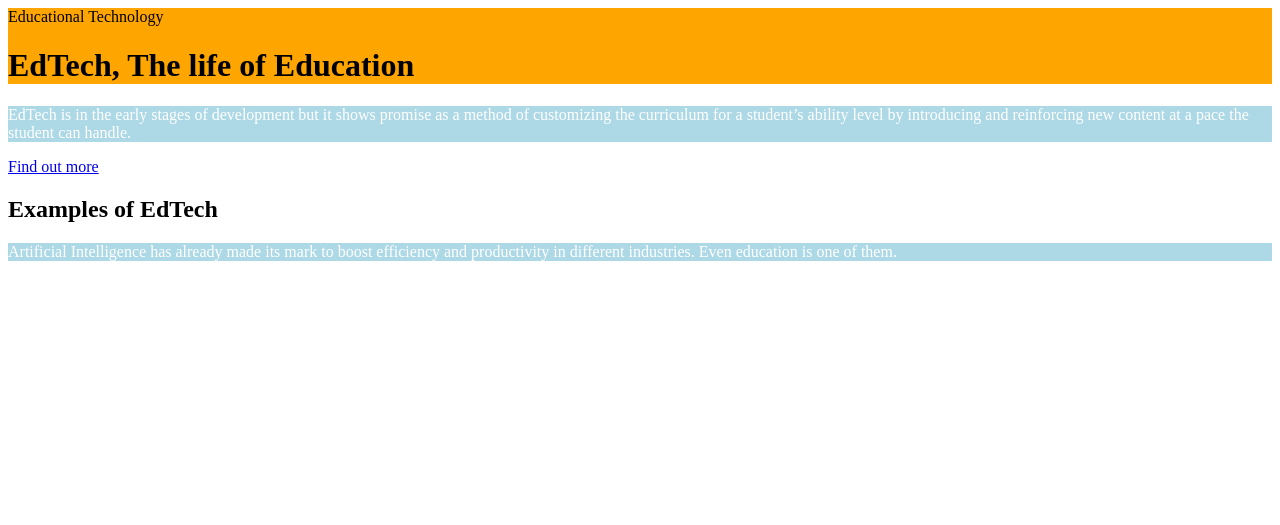
Repository: tunmishyi/edtech
Page: index.html
An editor plug-in stored every save of this project. The page is shown before and after the next save, followed by the edit.
The browser window is 1280 px wide. The pictures show the whole page.

Above is the page before, as saved 2020-06-05 17:50:10.

### index.html
<html>
	<head>
		<title>EdTech</title>
		<link rel="stylesheet" href="css/style.css">
	</head>
	<body>
		<header>
			<span>Educational Technology</span>
			<h1>EdTech, The life of Education</h1>
		</header>

		<div>
			<p>
					EdTech is in the early stages of development but it shows promise as a method of customizing the curriculum for a student’s ability level by introducing and reinforcing new content at a pace the student can handle.
			</p>
			<a href="#">Find out more</a>
			<h2>Examples of EdTech</h2>
			<p>
				Artificial Intelligence has already made its mark to boost efficiency and productivity in different industries. Even education is one of them.
			</p>

### style.css


p {
    color: white;
    background-color: lightblue;
}

header {
    background-color: orange;
}

After the next save:
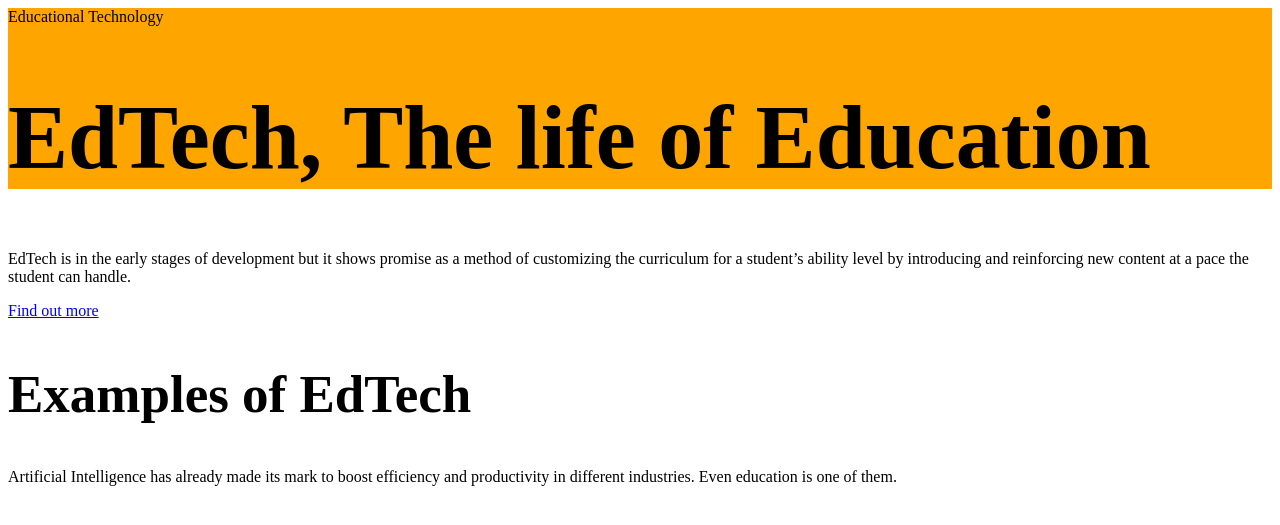
Saved 23 h 16 min later.
--- a/style.css
+++ b/style.css
@@ -1,10 +1,21 @@
 
+body {
 
-p {
-    color: white;
-    background-color: lightblue;
 }
-
 header {
     background-color: orange;
 }
+
+h1 {
+    font-size: 90px;
+    color: wite;
+    }
+
+    h2 {
+        font-size: 53px;
+    }
+
+    h3 {
+        font-size: 20px;
+        color: #48525c;
+    }
